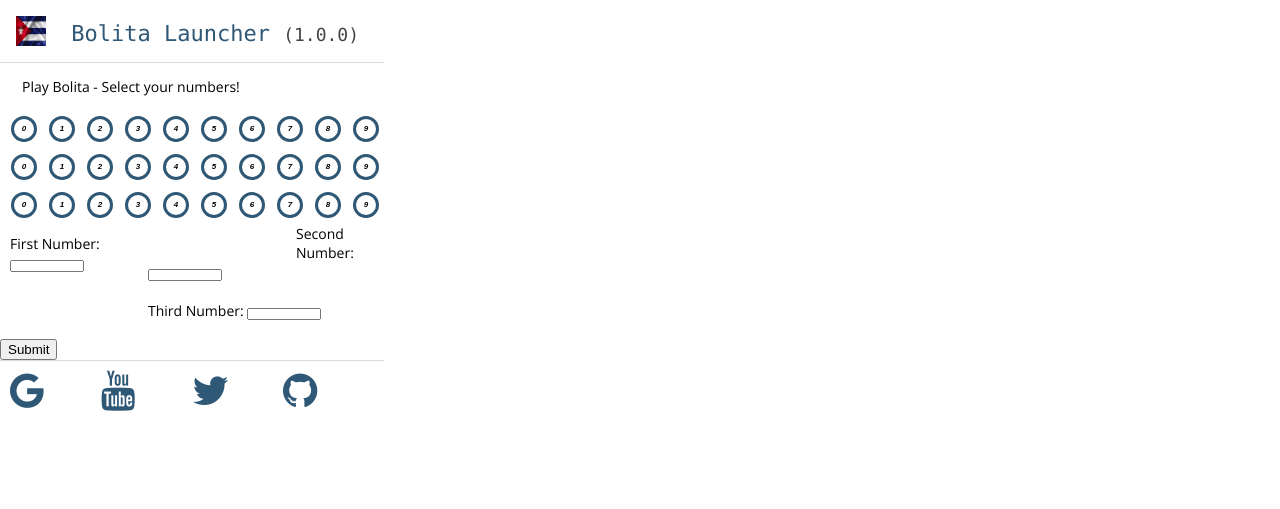
Repository: markymark617/BolitaChromeExtension
Page: popup.html
These files come from the project's save history. The page is drawn as it stood at one moment and after the next save; the edit follows.
The browser window is 1280 px wide. The pictures show the whole page.

Above is the page before, as saved 2020-09-06 14:27:47.

After the next save:
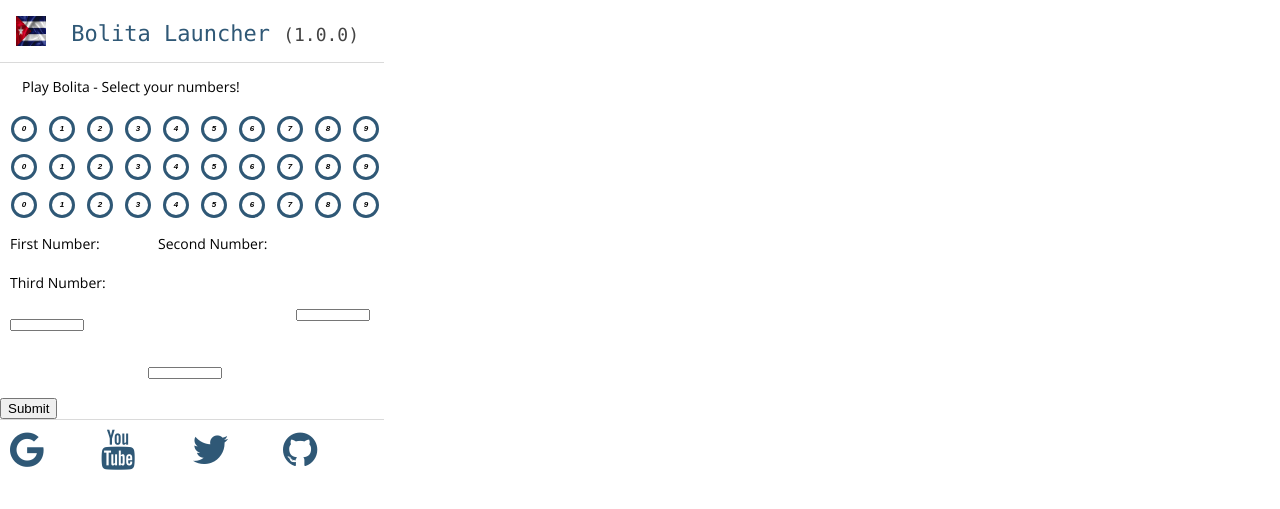
Saved 90 s later.
--- a/popup.html
+++ b/popup.html
@@ -354,14 +354,30 @@
                 <div class="row">
                     <div class="column">
                         <label for="firstBetInput">First Number:</label><br>
+                    </div>
+                    <div class="column">
+                        <label for="secondBetInput">Second Number:</label>
+                    </div>
+                    <div class="column">
+                        <label for="thirdBetInput">Third Number:</label>
+                    </div>
+
+                </div>
+
+
+
+
+                <div class="row">
+                    <div class="column">
+
                         <input type="text" id="firstBetInput" name="firstBetInput"><br><br>
                     </div>
                     <div class="column"></div>
-                        <label for="secondBetInput">Second Number:</label>
+
                         <input type="text" id="secondBetInput" name="secondBetInput"><br><br>
                     </div>
                     <div class="column"></div>
-                        <label for="thirdBetInput">Third Number:</label>
+
                         <input type="text" id="thirdBetInput" name="thirdBetInput"><br><br>
                     </div>
                 </div>
